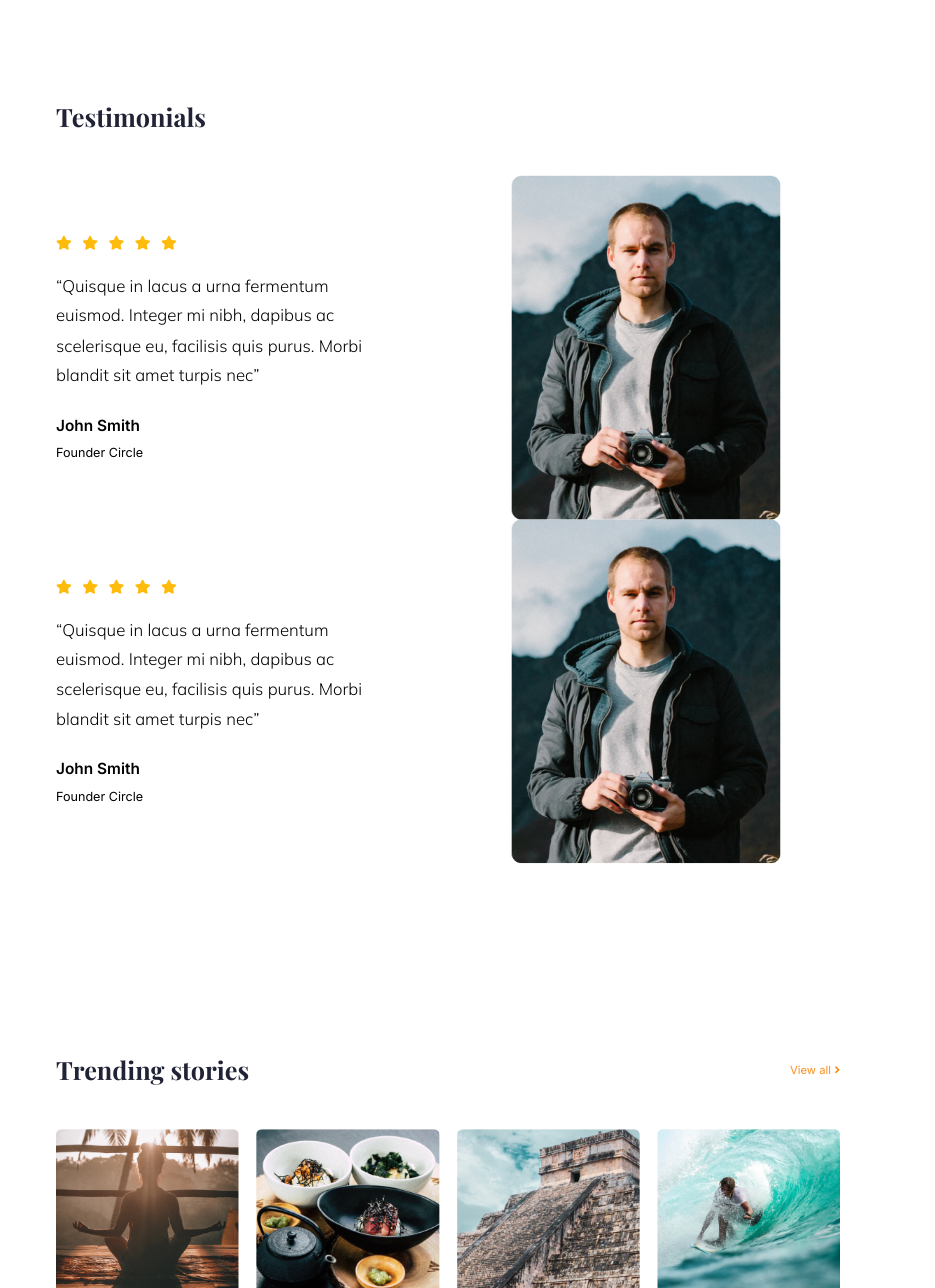
Repository: long5122000/sunny
Page: index.html
These files come from the project's save history. The page is drawn as it stood at one moment and after the next save; the edit follows.
The browser window is 1280 px wide. The page is 1335 px wide, so the pictures cover 1335 px, including what lies to the right of the window. The pictures show the part of the page from y = 3243 to 5083 px (the page is 5568 px tall before and 4947 px after), at 70% of full size.
The style sheet was rebuilt from its Sass, Less or Tailwind sources for each picture, by a compiler version that may differ from the author's.

Above is the page before, as saved 2021-11-25 22:34:59.

After the next save:
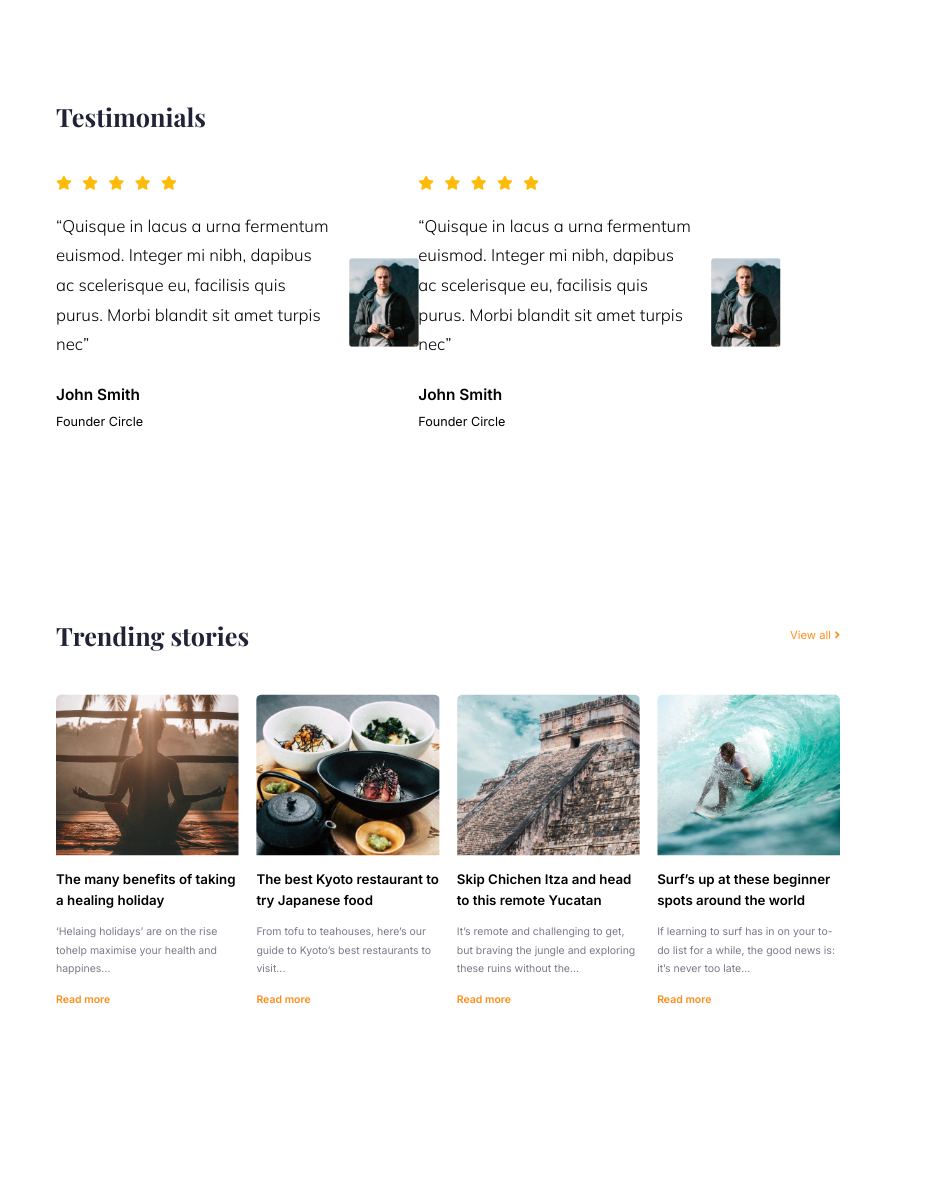
Saved 54 s later.
--- a/sass/_testimonial.scss
+++ b/sass/_testimonial.scss
@@ -7,6 +7,9 @@
     max-width: 1085px;
     position: relative;
     overflow: hidden;
+  }
+  &-list {
+    display: flex;
   }
   &-item {
     display: flex;
